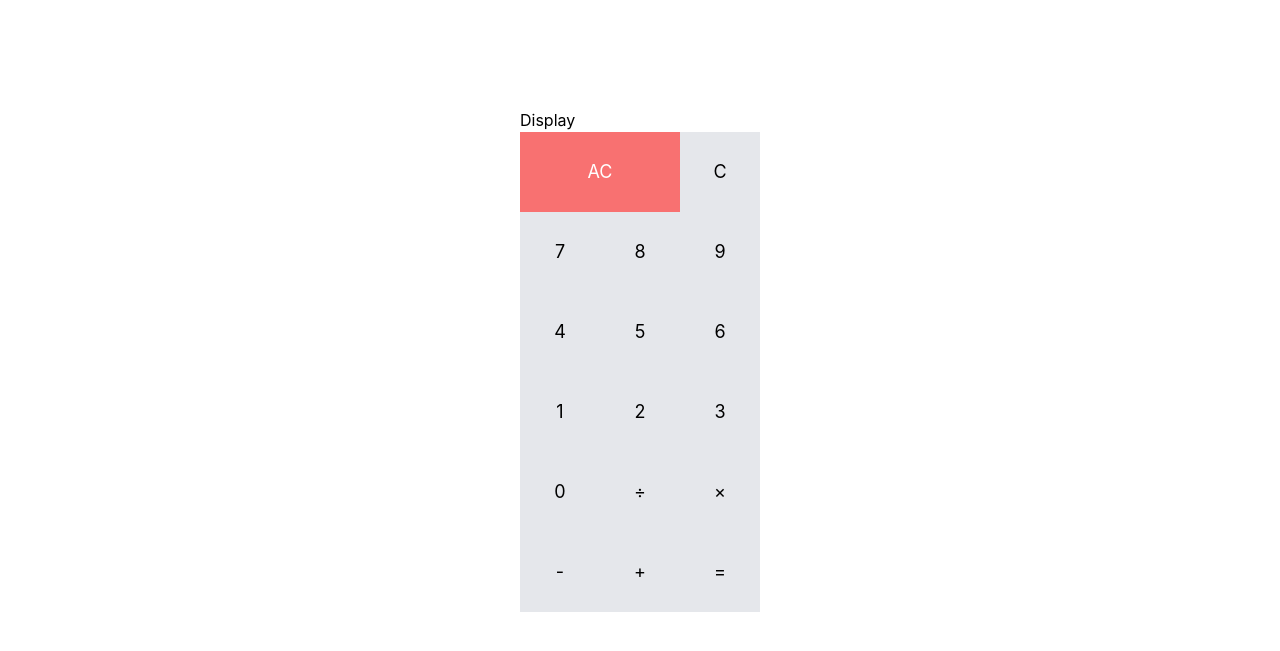
Repository: BrianPhamDev/calculator_app
Page: /
An editor plug-in stored every save of this project. The page is shown before and after the next save, followed by the edit.
The browser window is 1280 px wide. The pictures show the whole page.
The project was rebuilt for these pictures with package versions that can differ from the ones it lists, and the page was loaded fresh each time. Also part of the build but not shown: vite.config.js.

Above is the page before, as saved 2024-01-09 14:29:11.

After the next save:
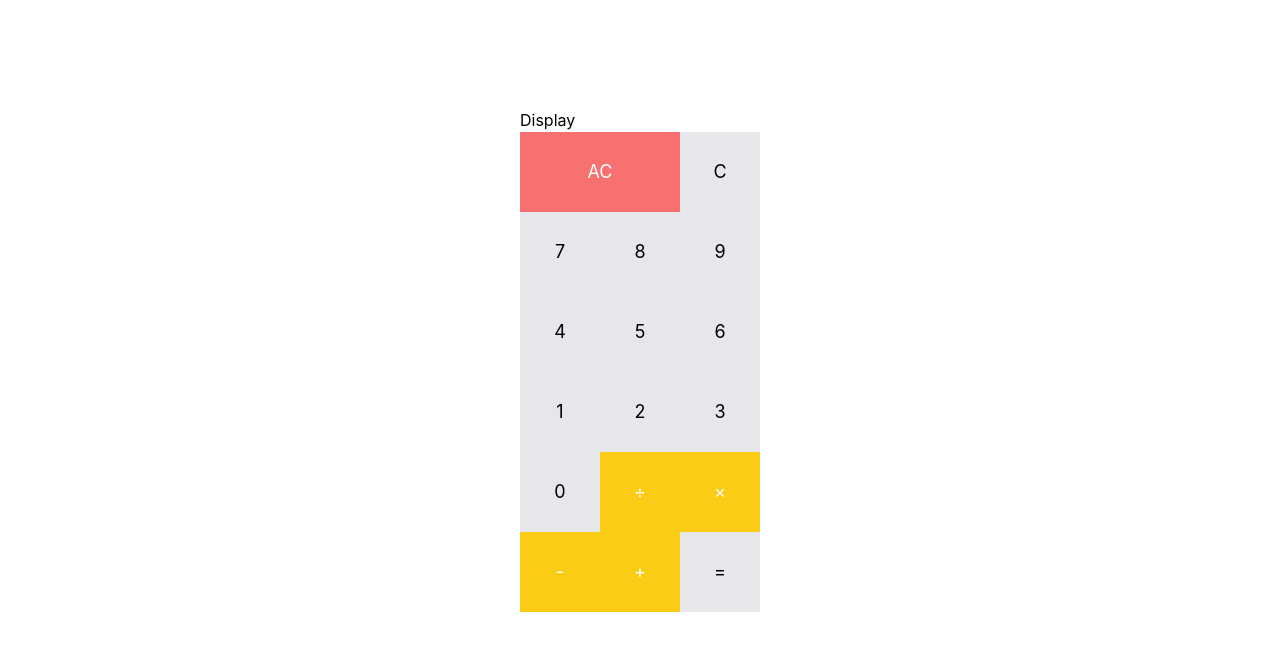
Saved 29 s later.
--- a/src/components/Calculator.jsx
+++ b/src/components/Calculator.jsx
@@ -18,7 +18,7 @@ const Calculator = () => {
               className={`bg-gray-200 flex items-center justify-center w-20 h-20 hover:bg-slate-300 text-lg ${
                 specialClasses[button.className] || ""
               }
-              ${specialTypes[button.className] || ""}`}
+              ${specialTypes[button.type] || ""}`}
             >
               {button.text}
             </div>
